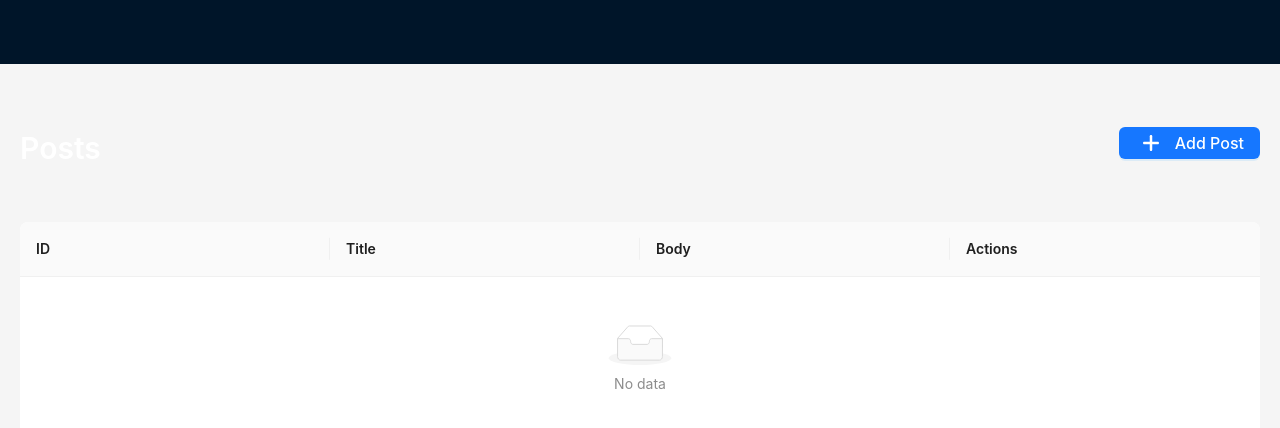
Repository: yasserrrz/Denamo-posts
Page: /
These files come from the project's save history. The page is drawn as it stood at one moment and after a run of saves; the edit follows.
The browser window is 1280 px wide. The pictures show the whole page.
The page's requests for data from a server got no answer. The project was rebuilt for these pictures with package versions that can differ from the ones it lists, and the page was loaded fresh each time. No one was signed in, and anything a server would have sent is missing. Also part of the build but not shown: src/components/PostForm.tsx.

Above is the page before, as saved 2024-11-28 16:01:54.

### src/App.tsx
import React, { useState } from 'react';
import { Button, Layout, Modal, Typography } from 'antd';
import DataTable from './components/DataTable';
// import AddPostForm from './components/AddPostForm';
import './App.css';
import PostForm from './components/PostForm';
import {ReactComponent as AddIcon} from "./assets/add-277.svg";
const { Header, Content } = Layout;
const { Title } = Typography;


const App: React.FC = () => {
  const [isModalOpen, setIsModalOpen] = useState(false);
  return (<>
    <Layout style={{ minHeight: '100vh' }}>
      <Header  style={{ color: 'white', textAlign: 'center'   }}>

      </Header>

      <Content style={{ padding: '20px' }}>
         <div style={{marginTop: '20px ' , marginBottom: '20px' , display: 'flex', justifyContent: 'space-between' , alignItems: 'center' }}>
         <Title level={2} style={{ color: 'white' , textAlign: 'center' , }}>
          Posts
        </Title>
         <Button onClick={()=>{setIsModalOpen(true)}} style={{fontSize: '16px' , fontWeight: '500' , padding: '15px'}} type="primary"><AddIcon/> Add Post</Button>
         </div>
        <div style={{ marginTop: '40px' }}>
          <DataTable />
        </div>
      </Content>
    </Layout>
    <Modal open={isModalOpen} title="Add New Post" centered width={800} onCancel={() => setIsModalOpen(false)} footer={null}>
      <PostForm  setIsModalOpen={setIsModalOpen} />
    </Modal>
  </>
  );
};

export default App;

### src/components/DataTable.tsx
import React, { useEffect, useState } from 'react';
import { Table, Button, Modal, Form, Input, notification } from 'antd';
import axios from 'axios';
import { Post } from '../types/Post';
import {ReactComponent as EditIcon} from "../assets/edit.svg"
import {ReactComponent as DeleteIcon} from "../assets/delete-icon-1.svg"
const DataTable: React.FC = () => {
  const [posts, setPosts] = useState<Post[]>([]);
  const [loading, setLoading] = useState<boolean>(true);
  const [editingPost, setEditingPost] = useState<Post | null>(null);
  const [isModalOpen, setIsModalOpen] = useState<boolean>(false);
  const [deleteModalOpen, setDeleteModalOpen] = useState<boolean>(false);

  useEffect(() => {
    const fetchData = async () => {
      setLoading(true);
      try {
        const response = await axios.get<Post[]>('https://jsonplaceholder.typicode.com/posts');
        setPosts(response.data);
      } catch (error) {
        console.log(error);
      } finally {
        setLoading(false);
      }
    };

    fetchData();
  }, []);

  const handleEdit = (post: Post) => {
    setEditingPost(post);
    setIsModalOpen(true);
  };

  const handleUpdatePost = async (values: Omit<Post, 'id'>) => {
    if (!editingPost) return;

    try {
      const response = await axios.put<Post>(
        `https://jsonplaceholder.typicode.com/posts/${editingPost.id}`,
        values
      );
      setPosts((prev) =>
        prev.map((post) => (post.id === editingPost.id ? { ...post, ...response.data } : post))
      );
      notification.success({
        message: 'Post Updated',
        description: `Post with ID ${editingPost.id} was updated successfully.`,
      });
    } catch (error) {
      notification.error({
        message: 'Error',
        description: 'Failed to update the post.',
      });
    } finally {
      setIsModalOpen(false);
      setEditingPost(null);
    }
  };

  const handleDelete = async (id: number) => {
    try {
      await axios.delete(`https://jsonplaceholder.typicode.com/posts/${id}`);
      setPosts((prev) => prev.filter((post) => post.id !== id));
      notification.success({
        message: 'Post Deleted',
        description: `Post with ID ${id} was deleted successfully.`,
      });
    } catch (error) {
      notification.error({
        message: 'Error',
        description: 'Failed to delete the post.',
      });
    }
    setDeleteModalOpen(false);
  };

  const columns = [
    {
      title: 'ID',
      dataIndex: 'id',
      key: 'id',
    },
    {
      title: 'Title',
      dataIndex: 'title',
      key: 'title',
    },
    {
      title: 'Body',
      dataIndex: 'body',
      key: 'body',
    },
    {
      title: 'Actions',
      key: 'actions',
      render: (text: any, record: Post) => (
        <div style={{ width: '100%', display: 'flex', gap: '10px', justifyContent: 'space-around' }}>
          <Button type="primary"  onClick={() => handleEdit(record)}>
            <EditIcon/>
          </Button>
          <Button type={"primary"} danger onClick={() => {
            setEditingPost(record);
            setDeleteModalOpen(true);
          }}>
            <DeleteIcon/>
          </Button>
        </div>
      ),
    },
  ];

  return (
    <>
      <Table
        dataSource={posts}
        columns={columns}
        rowKey="id"
        loading={loading}
        scroll={{ y: "calc(100vh - 250px)",  x: 700}}
        pagination={{ pageSize: 10 }}
      />

      {/* Edit Modal */}
      <Modal
        title="Edit Post"
        open={isModalOpen}
        onCancel={() => setIsModalOpen(false)}
        footer={null}
        style={{maxWidth: 800}}
        centered
      >
        <Form
          initialValues={{ title: editingPost?.title, body: editingPost?.body }}
          onFinish={handleUpdatePost}
          layout="vertical"
        >
          <Form.Item
            name="title"
            label="Title"
            rules={[{ required: true, message: 'Please input the title!' }]}

          >
            <Input placeholder="Enter post title" />
          </Form.Item>
          <Form.Item
            name="body"
            label="Body"
            rules={[{ required: true, message: 'Please input the body!' }]}
          >
            <Input.TextArea rows={4} placeholder="Enter post body" />
          </Form.Item>
          <Form.Item style={{ textAlign: 'center' , display: 'flex', justifyContent: 'flex-end' }}>
            <Button type="default"  htmlType="submit">
              Update Post
            </Button>
          </Form.Item>
        </Form>
      </Modal>

      {/* Delete Modal */}
      <Modal
        title="Delete Post"
        open={deleteModalOpen}
        onCancel={() => setDeleteModalOpen(false)}
        footer={null}
        style={{ maxWidth: 500 }}
        centered
      >
        <p>Are you sure you want to delete this post?</p>
        <div style={{ display: 'flex', gap: '10px', justifyContent: "flex-end" }}>
          <button className='delete-btn' onClick={() => handleDelete(editingPost?.id || 0)}>
            Yes
          </button>
          <button  className='cancel' onClick={() => setDeleteModalOpen(false)}>No</button>
        </div>
      </Modal>
    </>
  );
};

export default DataTable;

### src/App.css
.cancel{
  color: #000000e0;
  background-color: #fff;
  border: 1px solid #000000e0;
  border-radius: 8px;
  padding: 8px 15px;
  cursor: pointer;
  transition: all 0.15s ease-in-out;
}

.cancel:hover{
  background-color: #000000e0;
  color: #fff;
}

.delete-btn{
  color: #fff;
  background-color: #ff4d4f;
  border: 1px solid #ff4d4f;
  border-radius: 8px;
  padding: 8px 15px;
  cursor: pointer;
  transition: all 0.15s ease-in-out;
}

.delete-btn:hover{
  background-color: #fff;
  color: #ff4d4f;
  border: 1px solid #ff4d4f;
}

.ant-table-body {
  scrollbar-width: thin;
  scrollbar-color: #888 #f5f5f5;
  overflow-y: scroll; /* Ensure vertical scrolling is functional */
  scrollbar-width: none; /* Hide scrollbar in Firefox */
}

.ant-table-body ::-webkit-scrollbar-corner
 {
  display: none;
}

.svg-container {
  width: 24px;
  height: 24px;
}

.svg-container svg {
  width: 100%;
  height: 100%;
}

Loaded but not shown: public/index.html (common file); src/index.tsx (common file); src/index.css (common file); src/reportWebVitals.ts (common file)

After the next 3 saves:
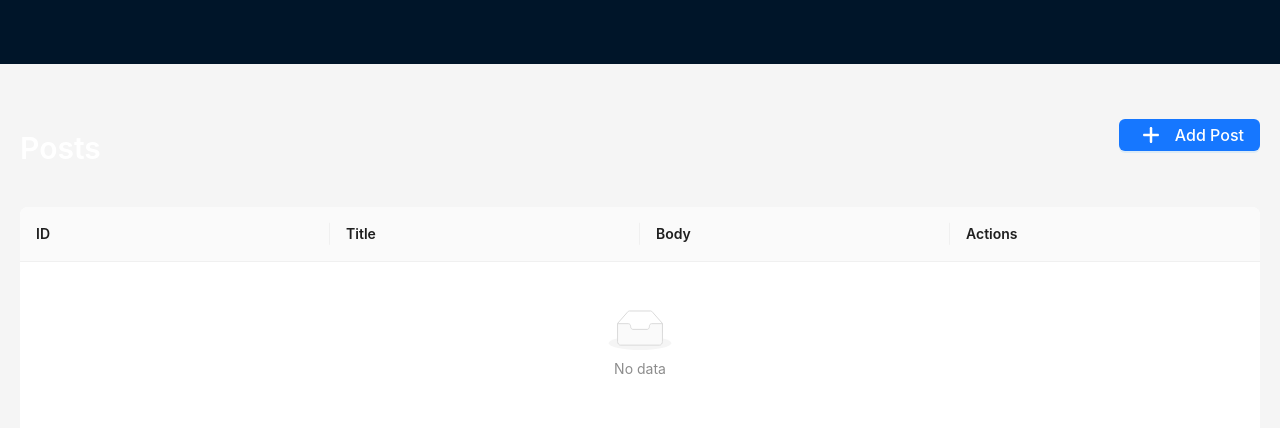
The 3 saves are shown as one change because they came seconds apart.
The last was saved 23 s later.
--- a/src/App.tsx
+++ b/src/App.tsx
@@ -19,7 +19,7 @@ const App: React.FC = () => {
 
       <Content style={{ padding: '20px' }}>
          <div style={{marginTop: '20px ' , marginBottom: '20px' , display: 'flex', justifyContent: 'space-between' , alignItems: 'center' }}>
-         <Title level={2} style={{ color: 'white' , textAlign: 'center' , }}>
+         <Title level={2} style={{ color: 'white' , textAlign: 'center' , marginBottom:0 }}>
           Posts
         </Title>
          <Button onClick={()=>{setIsModalOpen(true)}} style={{fontSize: '16px' , fontWeight: '500' , padding: '15px'}} type="primary"><AddIcon/> Add Post</Button>
